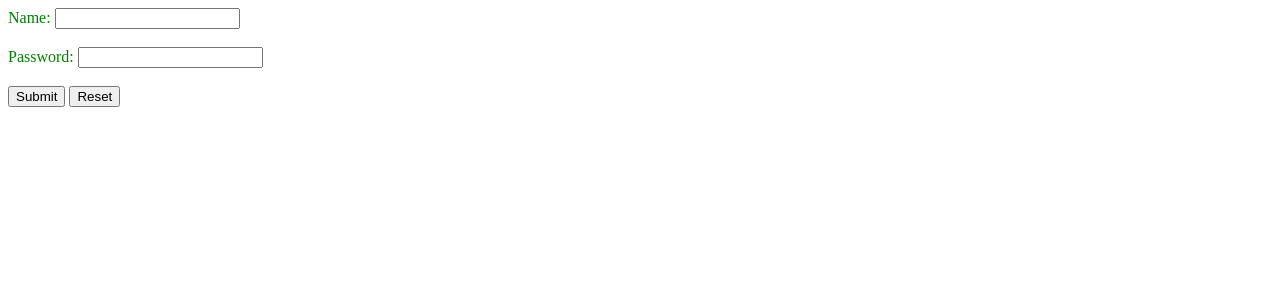
Repository: Baby-Sree123/Servlets-JSP
Page: http://localhost/Assignment-JSP/Form.jsp
The author's editor kept a copy of each file at every save. The page is drawn from the files as they stood at one save, then again after the next save.
The browser window is 1280 px wide. The pictures show the whole page.
The page is served by Tomcat 9.

Above is the page before, as saved 2025-07-30 02:07:50.

After the next save:
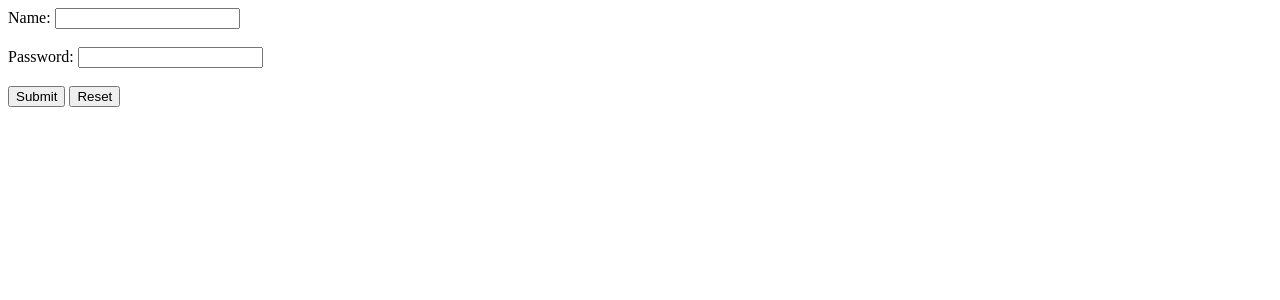
Saved 51 s later.
--- a/Assignment-JSP/src/main/webapp/Form.jsp
+++ b/Assignment-JSP/src/main/webapp/Form.jsp
@@ -8,7 +8,7 @@
 </head>
 <body>
 
-<font color="green">
+<font color="black">
  <form method="post" action="Content.jsp">
         Name: <input type="text" name="username" required><br><br>
 		Password: <input type="password" name="password" required><br><br>
